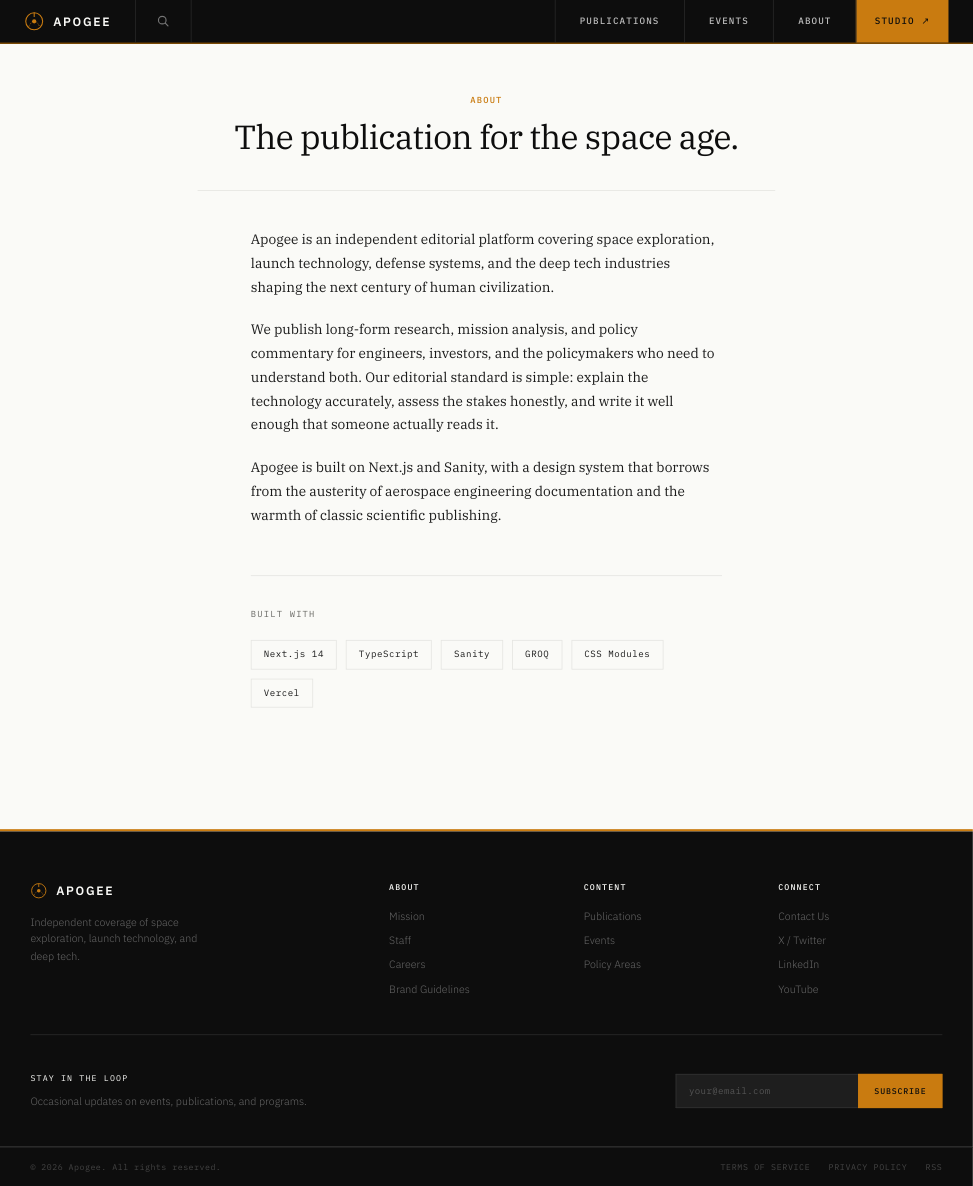
Repository: aricmoore/apogee
Page: /about
The author's editor kept a copy of each file at every save. The page is drawn from the files as they stood at one save, then again after the next save.
The browser window is 1280 px wide. The pictures show the whole page, at 76% of full size.
The project was rebuilt for these pictures with package versions that can differ from the ones it lists, and the page was loaded fresh each time. The framework's server and built-in components were replaced by stand-ins that run in the browser. Also part of the build but not shown: next.config.ts.

Above is the page before, as saved 2026-04-12 22:45:38.

### src/app/layout.tsx
import type { Metadata } from 'next'
import '@/app/globals.css'
import Nav from '@/components/Nav'
import Footer from '@/components/Footer'

export const metadata: Metadata = {
  title: 'Apogee',
  description: 'Space & Deep Tech',
}

export default function RootLayout({ children }: { children: React.ReactNode }) {
  return (
    <html lang="en">
      <body>
        <Nav />
        <main>{children}</main>
        <Footer />
      </body>
    </html>
  )
}

### src/app/about/page.tsx
import styles from './page.module.css'

export default function AboutPage() {
  return (
    <div className={styles.page}>
      <div className="container">
        <div className={styles.header}>
          <span className={styles.label}>About</span>
          <h1 className={styles.title}>The publication for the space age.</h1>
        </div>
        <div className={styles.body}>
          <p>Apogee is an independent editorial platform covering space exploration, launch technology, defense systems, and the deep tech industries shaping the next century of human civilization.</p>
          <p>We publish long-form research, mission analysis, and policy commentary for engineers, investors, and the policymakers who need to understand both. Our editorial standard is simple: explain the technology accurately, assess the stakes honestly, and write it well enough that someone actually reads it.</p>
          <p>Apogee is built on Next.js and Sanity, with a design system that borrows from the austerity of aerospace engineering documentation and the warmth of classic scientific publishing.</p>
        </div>
        <div className={styles.stack}>
          <span className={styles.stackLabel}>Built with</span>
          <div className={styles.stackGrid}>
            {['Next.js 14', 'TypeScript', 'Sanity', 'GROQ', 'CSS Modules', 'Vercel'].map(item => (
              <div key={item} className={styles.stackItem}>{item}</div>
            ))}
          </div>
        </div>
      </div>
    </div>
  )
}

### src/app/globals.css
@import url('https://fonts.googleapis.com/css2?family=Bebas+Neue&family=IBM+Plex+Serif:ital,wght@0,400;0,500;1,400&family=IBM+Plex+Mono:wght@400;500&family=IBM+Plex+Sans:wght@300;400;500;600&display=swap');

:root {
  --amber:       #C97B10;
  --amber-light: #E8960A;
  --amber-dim:   #7A4A05;
  --black:       #0D0D0D;
  --white:       #FAFAF7;
  --stone:       #C8C8C4;
  --ink:         #1A1A1A;
  --muted:       #6A6A66;
  --faint:       #E4E4E0;
  --bg:          #FAFAF7;
  --accent:      #C97B10;

  --font-display: 'Bebas Neue', 'Arial Narrow', sans-serif;
  --font-serif:   'IBM Plex Serif', Georgia, serif;
  --font-mono:    'IBM Plex Mono', 'Courier New', monospace;
  --font-sans:    'IBM Plex Sans', system-ui, sans-serif;

  --text-xs:   0.75rem;
  --text-sm:   0.875rem;
  --text-base: 1rem;
  --text-lg:   1.125rem;
  --text-xl:   1.25rem;
  --text-2xl:  1.5rem;
  --text-3xl:  2rem;
  --text-4xl:  2.75rem;
  --text-5xl:  3.5rem;
  --text-6xl:  5rem;
  --text-7xl:  7rem;

  --space-1:  0.25rem;
  --space-2:  0.5rem;
  --space-3:  0.75rem;
  --space-4:  1rem;
  --space-5:  1.25rem;
  --space-6:  1.5rem;
  --space-8:  2rem;
  --space-10: 2.5rem;
  --space-12: 3rem;
  --space-16: 4rem;
  --space-20: 5rem;
  --space-24: 6rem;

  --max-w:         1280px;
  --leading-tight: 1.0;
  --leading-snug:  1.25;
  --leading-body:  1.72;
  --measure:       66ch;
  --ease:          cubic-bezier(0.16, 1, 0.3, 1);
}

*, *::before, *::after { box-sizing: border-box; margin: 0; padding: 0; }

html { font-size: 16px; -webkit-font-smoothing: antialiased; -moz-osx-font-smoothing: grayscale; }

body {
  background: var(--bg);
  color: var(--ink);
  font-family: var(--font-sans);
  font-size: var(--text-base);
  line-height: var(--leading-body);
  font-weight: 400;
}

a { color: inherit; text-decoration: none; }
img { display: block; max-width: 100%; }
button { cursor: pointer; border: none; background: none; font: inherit; }

.container {
  width: 100%;
  max-width: var(--max-w);
  margin: 0 auto;
  padding: 0 var(--space-10);
}

.label {
  font-family: var(--font-mono);
  font-size: 0.72rem;
  font-weight: 500;
  letter-spacing: 0.12em;
  text-transform: uppercase;
  color: var(--muted);
}

.rule        { border: none; border-top: 1px solid var(--faint); }
.rule--heavy { border-top: 2px solid var(--black); }

### src/components/Nav.tsx
'use client'
import Link from 'next/link'
import { useState } from 'react'
import styles from './Nav.module.css'

function ApogeeIcon() {
  return (
    <svg width="26" height="26" viewBox="0 0 28 28" fill="none" xmlns="http://www.w3.org/2000/svg" aria-hidden="true">
      <circle cx="14" cy="14" r="12" stroke="#C97B10" strokeWidth="1.5" fill="none"/>
      <circle cx="14" cy="14" r="3" fill="#C97B10"/>
      <line x1="14" y1="2" x2="14" y2="8" stroke="#C97B10" strokeWidth="1.5"/>
      <path d="M 6 22 Q 14 6 22 22" stroke="#C97B10" strokeWidth="1" fill="none" strokeDasharray="2 2"/>
    </svg>
  )
}

const links = [
  { label: 'Publications', href: '/' },
  { label: 'Events', href: '/events' },
  { label: 'About', href: '/about' },
]

export default function Nav() {
  const [menuOpen, setMenuOpen] = useState(false)
  const [searchOpen, setSearchOpen] = useState(false)
  const [query, setQuery] = useState('')

  const handleSearch = (e: React.FormEvent) => {
    e.preventDefault()
    if (query.trim()) {
      setSearchOpen(false)
      setQuery('')
    }
  }

  return (
    <header className={styles.header}>
      <div className={styles.inner}>

        {/* Left — logo */}
        <Link href="/" className={styles.wordmark} onClick={() => setMenuOpen(false)}>
          <ApogeeIcon />
          <span className={styles.wordmarkText}>Apogee</span>
        </Link>

        {/* Center — search (expands inline) */}
        <div className={styles.searchWrap}>
          {searchOpen ? (
            <form onSubmit={handleSearch} className={styles.searchForm}>
              <input
                autoFocus
                type="text"
                value={query}
                onChange={e => setQuery(e.target.value)}
                placeholder="Search articles..."
                className={styles.searchInput}
                aria-label="Search"
              />
              <button type="button" className={styles.searchClose} onClick={() => { setSearchOpen(false); setQuery('') }}>✕</button>
            </form>
          ) : (
            <button
              className={styles.searchBtn}
              onClick={() => setSearchOpen(true)}
              aria-label="Open search"
            >
              <svg width="16" height="16" viewBox="0 0 16 16" fill="none" aria-hidden="true">
                <circle cx="6.5" cy="6.5" r="5" stroke="#BBBBBB" strokeWidth="1.5"/>
                <line x1="10.5" y1="10.5" x2="14" y2="14" stroke="#BBBBBB" strokeWidth="1.5" strokeLinecap="round"/>
              </svg>
            </button>
          )}
        </div>

        {/* Right — desktop nav */}
        <nav className={styles.links} aria-label="Main navigation">
          {links.map(l => (
            <Link key={l.label} href={l.href} className={styles.link}>{l.label}</Link>
          ))}
          <Link href="/studio" className={styles.studio}>Studio ↗</Link>
        </nav>

        {/* Mobile burger */}
        <button
          className={styles.burger}
          onClick={() => setMenuOpen(o => !o)}
          aria-label={menuOpen ? 'Close menu' : 'Open menu'}
          aria-expanded={menuOpen}
        >
          <span className={`${styles.burgerLine} ${menuOpen ? styles.burgerTop : ''}`} />
          <span className={`${styles.burgerLine} ${menuOpen ? styles.burgerMid : ''}`} />
          <span className={`${styles.burgerLine} ${menuOpen ? styles.burgerBot : ''}`} />
        </button>

      </div>

      {/* Mobile overlay */}
      {menuOpen && (
        <div className={styles.overlay}>
          <nav className={styles.overlayLinks}>
            {links.map(l => (
              <Link
                key={l.label}
                href={l.href}
                className={styles.overlayLink}
                onClick={() => setMenuOpen(false)}
              >
                {l.label}
              </Link>
            ))}
            <Link href="/studio" className={styles.overlayLink} onClick={() => setMenuOpen(false)}>
              Studio ↗
            </Link>
          </nav>
        </div>
      )}
    </header>
  )
}

### src/components/Footer.tsx
import Link from 'next/link'
import styles from './Footer.module.css'

function ApogeeIcon() {
  return (
    <svg width="22" height="22" viewBox="0 0 28 28" fill="none" xmlns="http://www.w3.org/2000/svg" aria-hidden="true">
      <circle cx="14" cy="14" r="12" stroke="#C97B10" strokeWidth="1.5" fill="none"/>
      <circle cx="14" cy="14" r="3" fill="#C97B10"/>
      <line x1="14" y1="2" x2="14" y2="8" stroke="#C97B10" strokeWidth="1.5"/>
      <path d="M 6 22 Q 14 6 22 22" stroke="#C97B10" strokeWidth="1" fill="none" strokeDasharray="2 2"/>
    </svg>
  )
}

export default function Footer() {
  return (
    <footer className={styles.footer}>
      <div className={styles.top}>
        <div className="container">
          <div className={styles.grid}>
            <div className={styles.brand}>
              <div className={styles.wordmarkWrap}>
                <ApogeeIcon />
                <span className={styles.wordmark}>Apogee</span>
              </div>
              <p className={styles.tagline}>Independent coverage of space exploration, launch technology, and deep tech.</p>
            </div>
            <div className={styles.col}>
              <span className={styles.colLabel}>About</span>
              <Link href="/about" className={styles.colLink}>Mission</Link>
              <Link href="/about" className={styles.colLink}>Staff</Link>
              <Link href="/about" className={styles.colLink}>Careers</Link>
              <Link href="/about" className={styles.colLink}>Brand Guidelines</Link>
            </div>
            <div className={styles.col}>
              <span className={styles.colLabel}>Content</span>
              <Link href="/" className={styles.colLink}>Publications</Link>
              <Link href="/events" className={styles.colLink}>Events</Link>
              <Link href="/" className={styles.colLink}>Policy Areas</Link>
            </div>
            <div className={styles.col}>
              <span className={styles.colLabel}>Connect</span>
              <Link href="/" className={styles.colLink}>Contact Us</Link>
              <Link href="/" className={styles.colLink}>X / Twitter</Link>
              <Link href="/" className={styles.colLink}>LinkedIn</Link>
              <Link href="/" className={styles.colLink}>YouTube</Link>
            </div>
          </div>

          <div className={styles.subscribe}>
            <span className={styles.subscribeLabel}>Stay in the loop</span>
            <p className={styles.subscribeSub}>Occasional updates on events, publications, and programs.</p>
            <div className={styles.subscribeForm}>
              <input
                type="email"
                placeholder="your@email.com"
                className={styles.input}
                aria-label="Email address"
              />
              <button className={styles.subscribeBtn}>Subscribe</button>
            </div>
          </div>
        </div>
      </div>

      <div className={styles.bottom}>
        <div className="container">
          <div className={styles.bottomInner}>
            <span className={styles.copy}>© 2026 Apogee. All rights reserved.</span>
            <div className={styles.bottomLinks}>
              <Link href="/" className={styles.bottomLink}>Terms of Service</Link>
              <Link href="/" className={styles.bottomLink}>Privacy Policy</Link>
              <Link href="/" className={styles.bottomLink}>RSS</Link>
            </div>
          </div>
        </div>
      </div>
    </footer>
  )
}

### src/app/about/page.module.css
.page {
  padding: var(--space-16) 0 var(--space-24);
}

.header {
  max-width: 760px;
  margin: 0 auto var(--space-12);
  text-align: center;
  padding-bottom: var(--space-12);
  border-bottom: 1px solid var(--faint);
}

.label {
  font-family: var(--font-mono);
  font-size: 0.72rem;
  font-weight: 500;
  letter-spacing: 0.14em;
  text-transform: uppercase;
  color: var(--amber);
  display: block;
  margin-bottom: var(--space-4);
}

.title {
  font-family: var(--font-serif);
  font-size: var(--text-4xl);
  font-weight: 400;
  line-height: var(--leading-tight);
  letter-spacing: -0.02em;
  color: var(--black);
}

.body {
  max-width: 620px;
  margin: 0 auto var(--space-16);
  font-family: var(--font-serif);
  font-size: var(--text-lg);
  line-height: 1.75;
  color: var(--ink);
}

.body p {
  margin-bottom: var(--space-6);
}

.stack {
  max-width: 620px;
  margin: 0 auto;
  padding-top: var(--space-10);
  border-top: 1px solid var(--faint);
}

.stackLabel {
  font-family: var(--font-mono);
  font-size: 0.72rem;
  letter-spacing: 0.14em;
  text-transform: uppercase;
  color: var(--muted);
  display: block;
  margin-bottom: var(--space-6);
}

.stackGrid {
  display: flex;
  flex-wrap: wrap;
  gap: var(--space-3);
}

.stackItem {
  font-family: var(--font-mono);
  font-size: 0.75rem;
  letter-spacing: 0.06em;
  color: var(--ink);
  border: 1px solid var(--faint);
  padding: var(--space-2) var(--space-4);
  transition: border-color 0.15s, color 0.15s;
}

.stackItem:hover {
  border-color: var(--amber);
  color: var(--amber);
}

### src/components/Nav.module.css
.header {
  position: sticky;
  top: 0;
  z-index: 100;
  background: var(--black);
  border-bottom: 2px solid var(--amber-dim);
}

.inner {
  display: flex;
  align-items: stretch;
  justify-content: space-between;
  min-height: 56px;
  max-width: var(--max-w);
  margin: 0 auto;
  padding: 0 var(--space-8);
}

.wordmark {
  display: flex;
  align-items: center;
  gap: var(--space-3);
  padding-right: var(--space-8);
  border-right: 1px solid #2a2a2a;
  transition: opacity 0.15s;
  white-space: nowrap;
  flex-shrink: 0;
}

.wordmark:hover { opacity: 0.8; }

.wordmarkText {
  font-family: var(--font-sans);
  font-size: 1rem;
  font-weight: 600;
  letter-spacing: 0.14em;
  text-transform: uppercase;
  color: var(--white);
  line-height: 1;
}

.searchWrap {
  display: flex;
  align-items: center;
  padding: 0 var(--space-5);
  border-right: 1px solid #2a2a2a;
  flex-shrink: 0;
}

.searchBtn {
  display: flex;
  align-items: center;
  justify-content: center;
  background: none;
  border: none;
  cursor: pointer;
  padding: var(--space-2);
  opacity: 0.6;
  transition: opacity 0.15s;
}

.searchBtn:hover { opacity: 1; }

.searchForm {
  display: flex;
  align-items: center;
  gap: var(--space-2);
}

.searchInput {
  font-family: var(--font-mono);
  font-size: 0.76rem;
  letter-spacing: 0.08em;
  background: #1a1a1a;
  border: 1px solid #333;
  color: var(--white);
  padding: var(--space-2) var(--space-3);
  width: 200px;
  outline: none;
  transition: border-color 0.15s;
}

.searchInput::placeholder { color: #555; }
.searchInput:focus { border-color: var(--amber); }

.searchClose {
  font-family: var(--font-mono);
  font-size: 0.72rem;
  color: #666;
  background: none;
  border: none;
  cursor: pointer;
  padding: var(--space-1);
  transition: color 0.15s;
}

.searchClose:hover { color: var(--white); }

.links {
  display: flex;
  align-items: stretch;
  flex: 1;
  justify-content: flex-end;
}

.link {
  display: flex;
  align-items: center;
  font-family: var(--font-mono);
  font-size: 0.76rem;
  font-weight: 500;
  letter-spacing: 0.12em;
  text-transform: uppercase;
  color: #BBBBBB;
  padding: 0 var(--space-8);
  border-left: 1px solid #2a2a2a;
  transition: color 0.15s;
  white-space: nowrap;
}

.link:hover { color: var(--amber-light); }

.studio {
  display: flex;
  align-items: center;
  font-family: var(--font-mono);
  font-size: 0.76rem;
  font-weight: 500;
  letter-spacing: 0.12em;
  text-transform: uppercase;
  color: var(--black);
  background: var(--amber);
  padding: 0 var(--space-6);
  border-left: 1px solid #2a2a2a;
  transition: background 0.15s;
  white-space: nowrap;
}

.studio:hover { background: var(--amber-light); }

.burger {
  display: none;
  flex-direction: column;
  justify-content: center;
  gap: 5px;
  padding: 0 var(--space-4);
  background: none;
  border: none;
  border-left: 1px solid #2a2a2a;
  cursor: pointer;
  width: 52px;
  flex-shrink: 0;
}

.burgerLine {
  display: block;
  width: 20px;
  height: 1.5px;
  background: #BBBBBB;
  transition: transform 0.2s, opacity 0.2s;
  transform-origin: center;
}

.burgerTop  { transform: translateY(6.5px) rotate(45deg); }
.burgerMid  { opacity: 0; }
.burgerBot  { transform: translateY(-6.5px) rotate(-45deg); }

.overlay {
  position: fixed;
  top: 56px;
  left: 0;
  right: 0;
  bottom: 0;
  background: var(--black);
  z-index: 99;
  display: flex;
  flex-direction: column;
  padding: var(--space-8);
  border-top: 1px solid #1e1e1e;
}

.overlayLinks {
  display: flex;
  flex-direction: column;
}

.overlayLink {
  font-family: var(--font-display);
  font-size: 3rem;
  letter-spacing: 0.06em;
  color: var(--white);
  padding: var(--space-5) 0;
  border-bottom: 1px solid #1e1e1e;
  transition: color 0.15s;
}

.overlayLink:hover { color: var(--amber); }

@media (max-width: 768px) {
  .links { display: none; }
  .burger { display: flex; }
  .inner { padding: 0 var(--space-5); }
  .searchWrap { padding: 0 var(--space-3); }
}

@media (max-width: 400px) {
  .wordmarkText { display: none; }
  .wordmark { padding-right: var(--space-4); }
}

### src/components/Footer.module.css
.footer {
  border-top: 3px solid var(--amber);
  margin-top: var(--space-16);
}

.top {
  background: var(--black);
  padding: var(--space-16) 0 var(--space-12);
}

.grid {
  display: grid;
  grid-template-columns: 2fr 1fr 1fr 1fr;
  gap: var(--space-10);
  margin-bottom: var(--space-12);
  padding-bottom: var(--space-12);
  border-bottom: 1px solid #2a2a2a;
}

.brand {}

.wordmarkWrap {
  display: flex;
  align-items: center;
  gap: var(--space-3);
  margin-bottom: var(--space-4);
}

.wordmark {
  font-family: var(--font-sans);
  font-size: 1rem;
  font-weight: 600;
  letter-spacing: 0.14em;
  text-transform: uppercase;
  color: var(--white);
}

.tagline {
  font-family: var(--font-sans);
  font-size: var(--text-sm);
  font-weight: 300;
  line-height: 1.6;
  color: #666;
  max-width: 28ch;
}

.col {
  display: flex;
  flex-direction: column;
  gap: var(--space-2);
}

.colLabel {
  font-family: var(--font-mono);
  font-size: 0.68rem;
  font-weight: 500;
  letter-spacing: 0.14em;
  text-transform: uppercase;
  color: var(--white);
  margin-bottom: var(--space-2);
}

.colLink {
  font-family: var(--font-sans);
  font-size: var(--text-sm);
  font-weight: 300;
  color: #666;
  transition: color 0.15s;
}

.colLink:hover { color: var(--amber); }

.subscribe {
  display: grid;
  grid-template-columns: 1fr auto;
  grid-template-rows: auto auto;
  gap: var(--space-2) var(--space-8);
  align-items: center;
}

.subscribeLabel {
  font-family: var(--font-mono);
  font-size: 0.68rem;
  letter-spacing: 0.14em;
  text-transform: uppercase;
  color: var(--white);
  grid-column: 1;
}

.subscribeSub {
  font-family: var(--font-sans);
  font-size: var(--text-sm);
  font-weight: 300;
  color: #666;
  grid-column: 1;
}

.subscribeForm {
  display: flex;
  grid-column: 2;
  grid-row: 1 / 3;
  align-self: center;
}

.input {
  font-family: var(--font-mono);
  font-size: 0.75rem;
  letter-spacing: 0.04em;
  background: #1e1e1e;
  border: 1px solid #333;
  border-right: none;
  color: var(--white);
  padding: var(--space-3) var(--space-4);
  width: 240px;
  outline: none;
  transition: border-color 0.15s;
}

.input::placeholder { color: #555; }
.input:focus { border-color: var(--amber); }

.subscribeBtn {
  font-family: var(--font-mono);
  font-size: 0.68rem;
  font-weight: 500;
  letter-spacing: 0.1em;
  text-transform: uppercase;
  color: var(--black);
  background: var(--amber);
  border: 1px solid var(--amber);
  padding: var(--space-3) var(--space-5);
  cursor: pointer;
  transition: background 0.15s;
  white-space: nowrap;
}

.subscribeBtn:hover { background: var(--amber-light); border-color: var(--amber-light); }

.bottom {
  background: var(--black);
  border-top: 1px solid #2a2a2a;
  padding: var(--space-4) 0;
}

.bottomInner {
  display: flex;
  justify-content: space-between;
  align-items: center;
}

.copy {
  font-family: var(--font-mono);
  font-size: 0.68rem;
  letter-spacing: 0.06em;
  color: #444;
}

.bottomLinks {
  display: flex;
  gap: var(--space-6);
}

.bottomLink {
  font-family: var(--font-mono);
  font-size: 0.68rem;
  letter-spacing: 0.08em;
  text-transform: uppercase;
  color: #444;
  transition: color 0.15s;
}

.bottomLink:hover { color: var(--amber); }

@media (max-width: 900px) {
  .grid { grid-template-columns: 1fr 1fr; }
  .subscribe { grid-template-columns: 1fr; }
  .subscribeForm { grid-column: 1; grid-row: auto; }
  .input { width: 100%; }
}

@media (max-width: 500px) {
  .grid { grid-template-columns: 1fr; }
  .bottomInner { flex-direction: column; gap: var(--space-3); align-items: flex-start; }
}

After the next save:
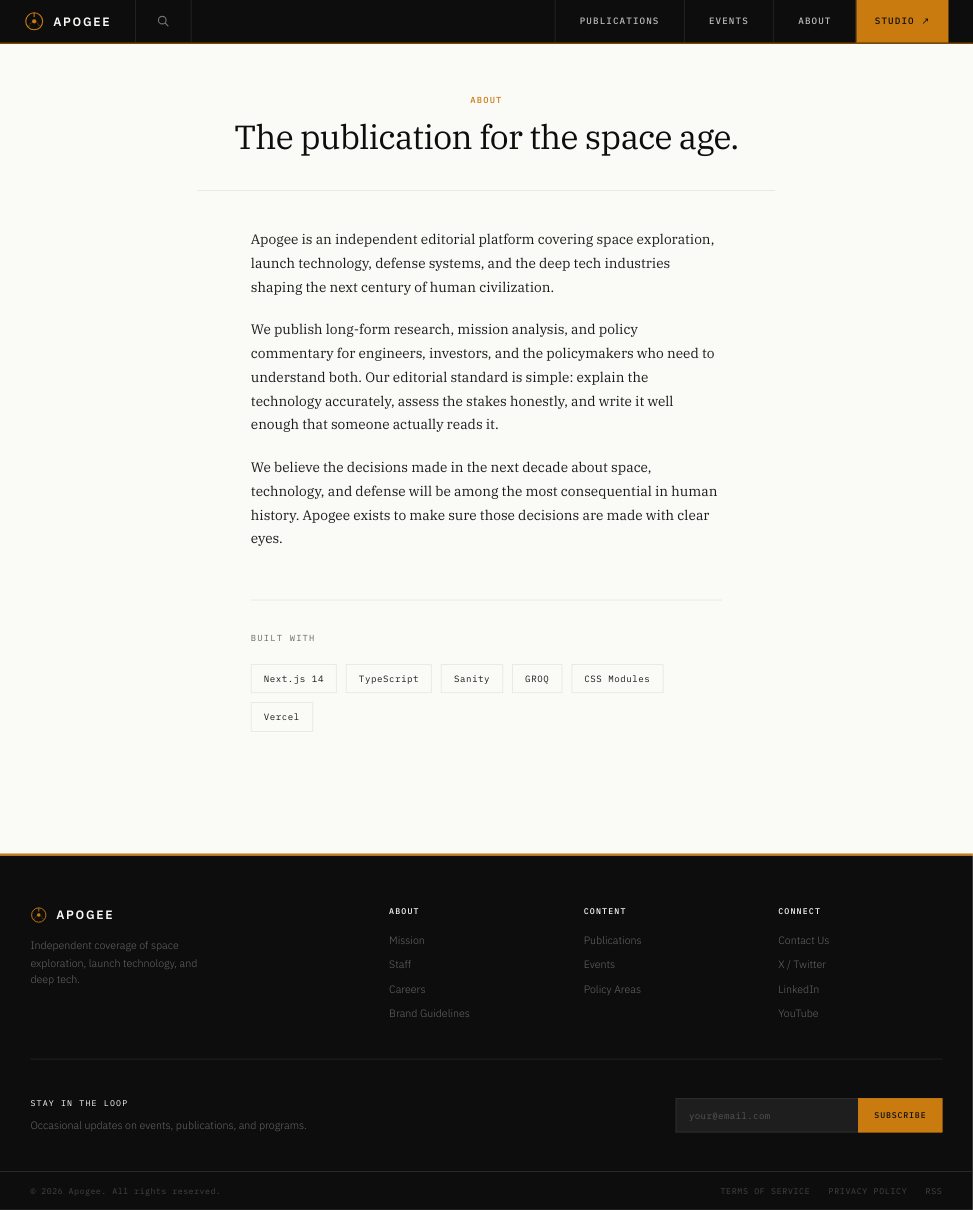
Saved 3 min 9 s later.
--- a/src/app/about/page.tsx
+++ b/src/app/about/page.tsx
@@ -11,7 +11,7 @@ export default function AboutPage() {
         <div className={styles.body}>
           <p>Apogee is an independent editorial platform covering space exploration, launch technology, defense systems, and the deep tech industries shaping the next century of human civilization.</p>
           <p>We publish long-form research, mission analysis, and policy commentary for engineers, investors, and the policymakers who need to understand both. Our editorial standard is simple: explain the technology accurately, assess the stakes honestly, and write it well enough that someone actually reads it.</p>
-          <p>Apogee is built on Next.js and Sanity, with a design system that borrows from the austerity of aerospace engineering documentation and the warmth of classic scientific publishing.</p>
+          <p>We believe the decisions made in the next decade about space, technology, and defense will be among the most consequential in human history. Apogee exists to make sure those decisions are made with clear eyes.</p>
         </div>
         <div className={styles.stack}>
           <span className={styles.stackLabel}>Built with</span>
